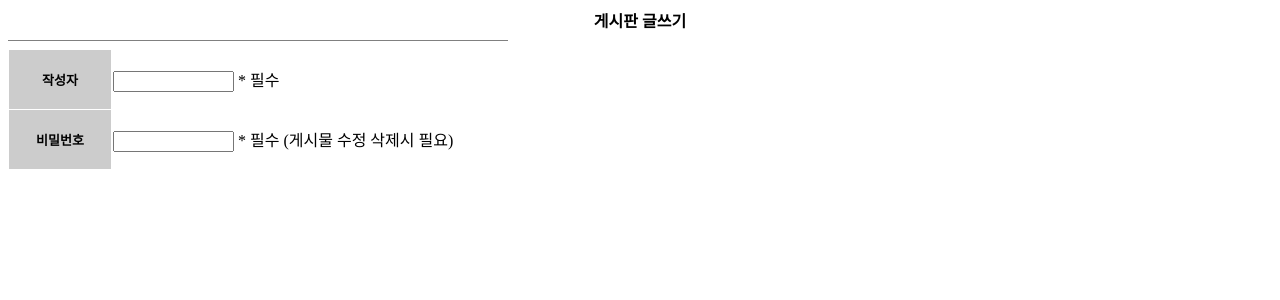
Repository: kalmia26/Capstone
Page: http://localhost/LectureSystem/write2.jsp
These files come from the project's save history. The page is drawn as it stood at one moment and after the next save; the edit follows.
The browser window is 1280 px wide. The pictures show the whole page.
The page is served by Tomcat 9. Other server files are loaded and not shown.

Above is the page before, as saved 2017-05-08 22:03:12.

### LectureSystem/WebContent/write2.jsp
<%@ page language="java" contentType="text/html; charset=EUC-KR"
    pageEncoding="EUC-KR"%>
<!DOCTYPE html PUBLIC "-//W3C//DTD HTML 4.01 Transitional//EN" "http://www.w3.org/TR/html4/loose.dtd">
<html>
<head>
<meta http-equiv="Content-Type" content="text/html; charset=EUC-KR">
<title>게시판</title>

<SCRIPT language="JavaScript">
function Check() {
	if(Write.name.value.length < 1) {
		alert("작성자를 입력하세요");
		Write.name.focus();
			return false;
	}
	if(Write.pass.value.length < 1) {
		alert("비밀번호를 입력하세요");
		Write.name.focus();
			return false;
	}

	if(Write.title.value.length < 1) {
		alert("제목을 입력하세요.");
		Write.write_title.focus();
			return false;
	}
	if(Write.contents.value.length < 1) {
		alert("글 내용을 입력하세요.");
		Write.content.focus();
			return false;
	}

Write.submit();
}
</SCRIPT>
</head>

<body>
<center> <font size='3'> <b> 게시판 글쓰기 </b></font></center>
<table border='0' width='500' cellpadding='0' cellspacing='0'>
	<tr>
		<td><hr size='1' noshade></td>
	</tr>
</table>

<form Name='write1' action="write_input.jsp" Method='post' onsubmit="return Check()">
	<table border='0' width='500' cellpadding='1' cellspacing='1'>
		<tr>
			<td width='100' bgcolor='cccccc'>
				<font size='2'><center><b>작성자</b></center></font>
			</td>
			<td>
				<p><input type='text' size='12' name='name'> * 필수 </p>
			</td>
		</tr>

		<tr>
			<td width='100' bgcolor='cccccc'>
				<font size='2'><center><b>비밀번호</b></center></font>
			</td>
			<td>
				<p><input type='text' size='12' name='pass'> * 필수 (게시물 수정 삭제시 필요)</p>
			</td>
		</tr>

	</table>

</form>

</body>
</html>

After the next save:
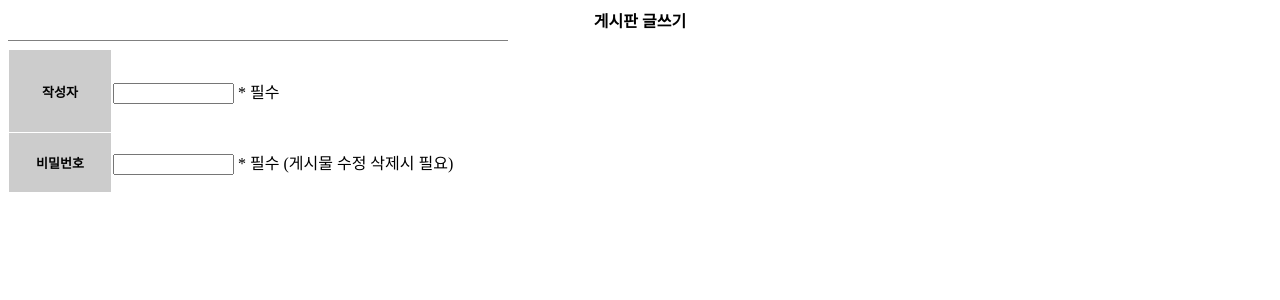
Saved 58 s later.
--- a/LectureSystem/WebContent/write2.jsp
+++ b/LectureSystem/WebContent/write2.jsp
@@ -46,7 +46,7 @@
 <form Name='write1' action="write_input.jsp" Method='post' onsubmit="return Check()">
 	<table border='0' width='500' cellpadding='1' cellspacing='1'>
 		<tr>
-			<td width='100' bgcolor='cccccc'>
+			<td width='100' height='80' bgcolor='cccccc'>
 				<font size='2'><center><b>작성자</b></center></font>
 			</td>
 			<td>

After the save that followed:
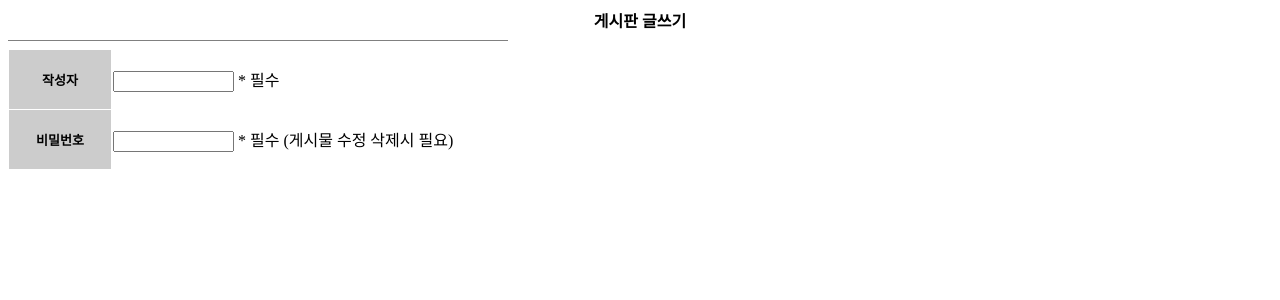
Saved 5 s later.
--- a/LectureSystem/WebContent/write2.jsp
+++ b/LectureSystem/WebContent/write2.jsp
@@ -46,7 +46,7 @@
 <form Name='write1' action="write_input.jsp" Method='post' onsubmit="return Check()">
 	<table border='0' width='500' cellpadding='1' cellspacing='1'>
 		<tr>
-			<td width='100' height='80' bgcolor='cccccc'>
+			<td width='100' height='0' bgcolor='cccccc'>
 				<font size='2'><center><b>작성자</b></center></font>
 			</td>
 			<td>
